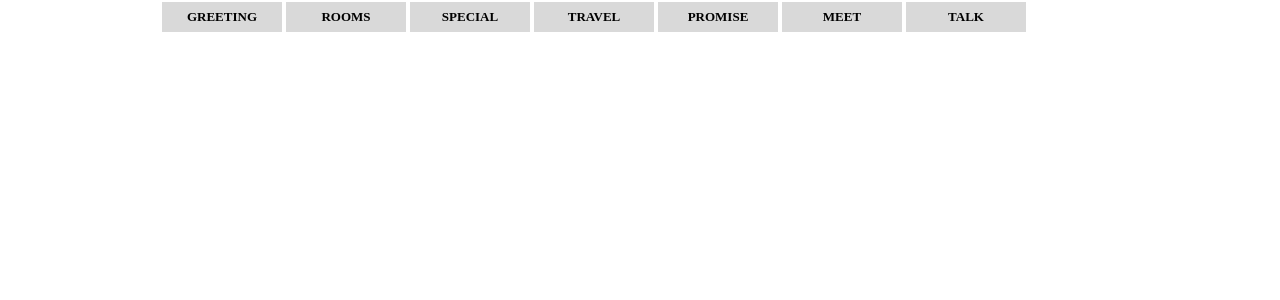
Repository: hojohe/bit-java
Page: 07_css/WebContent/99_exam/exam03.html
An editor plug-in stored every save of this project. The page is shown before and after a run of saves, followed by the edit.
The browser window is 1280 px wide. The pictures show the whole page.

Above is the page before, as saved 2017-01-25 05:42:12.

### 07_css/WebContent/99_exam/exam03.html
<!DOCTYPE html>
<html>
<head>
<meta charset="EUC-KR">
<title>Insert title here</title>
<link rel="stylesheet" style="text/css" href="exam03.css" />
</head>
<body>
	<div class="container">
		<ul>
			<li></li>
		</ul>

		<ul class="mainLnb">
			<li><a>GREETING</a>
				<ul>
					<li><a>인사말</a></li>
					<li><a>주변풍경</a></li>
				</ul>
			</li>
			<li><a>ROOMS</a>
				<ul>
					<li><a>은하수</a></li>
					<li><a>별똥별</a></li>
				</ul>
			</li>
			<li><a>SPECIAL</a>
				<ul>
					<li><a>스파즐기기</a></li>
					<li><a>바베큐파티</a></li>
				</ul>
			</li>
			<li><a>TRAVEL</a>
				<ul>
					<li><a>아침고요수목원</a></li>
					<li><a>소인국</a></li>
				</ul>
			</li>
			<li><a>PROMISE</a>
				<ul>
					<li><a>예약/객실요</a></li>
					<li><a>실시간예약하기</a></li>
				</ul>
			</li>
			<li><a>MEET</a>
				<ul>
					<li><a>교통정보</a></li>
					<li><a>약도</a></li>
				</ul>
			</li>
			<li><a>TALK</a>
				<ul>
					<li><a>공지사항</a></li>
					<li><a>여행후기</a></li>
				</ul>
			</li>
		</ul>
	</div>
</body>
</html>

### 07_css/WebContent/99_exam/exam03.css
@CHARSET "EUC-KR";

* { margin: 0px; padding: 0px; }

.container {
	width: 90%;
	margin: 0 auto;
	background: rgba(255,0,0,0.3);
}

a {	text-decoration: none; transition: .7s; }

li { list-style: none; }

ul.mainLnb { width:960px;  margin: 0 auto; }
ul.mainLnb > li { float: left; }
ul.mainLnb a {
	background: #d9d9d9;
	width: 120px;
	height: 30px;
	display: block;
	font-size: 13px;
	font-weight: bold;
	line-height: 30px;
}

ul.mainLnb > li > a { text-align: center; margin: 2px;}

ul.mainLnb > li:hover > a {
	background: #489df2;
	color: #fff;
}

ul.mainLnb > li > ul {
	display: none;
}

ul.mainLnb > li:hover > ul {
	display:block;
}

ul.mainLnb > li > ul > li > a {
	margin-left: 2px;
	padding-left: 5px;
	box-sizing: border-box;
}

ul.mainLnb > li > ul > li > a:hover {
	background: #444;
	color: white;
}

After the next 2 saves:
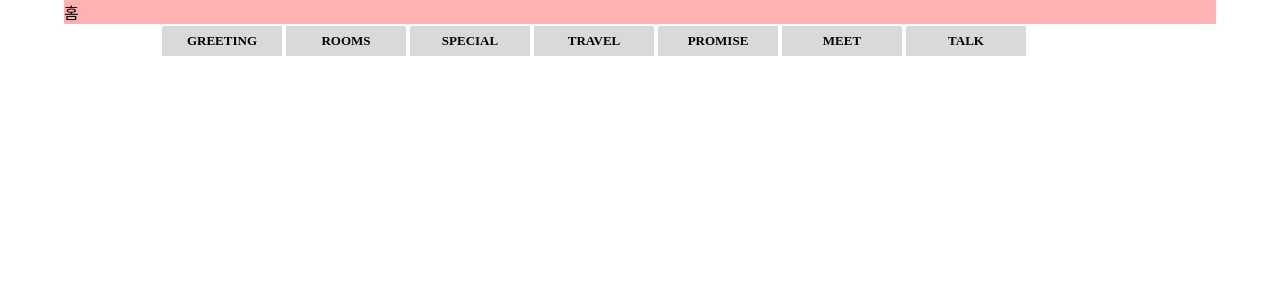
The 2 saves are shown as one change because they came seconds apart.
The last was saved 8 s later.
--- a/07_css/WebContent/99_exam/exam03.html
+++ b/07_css/WebContent/99_exam/exam03.html
@@ -8,7 +8,9 @@
 <body>
 	<div class="container">
 		<ul>
-			<li></li>
+			<li>
+				<a>홈</a>
+			</li>
 		</ul>
 
 		<ul class="mainLnb">
